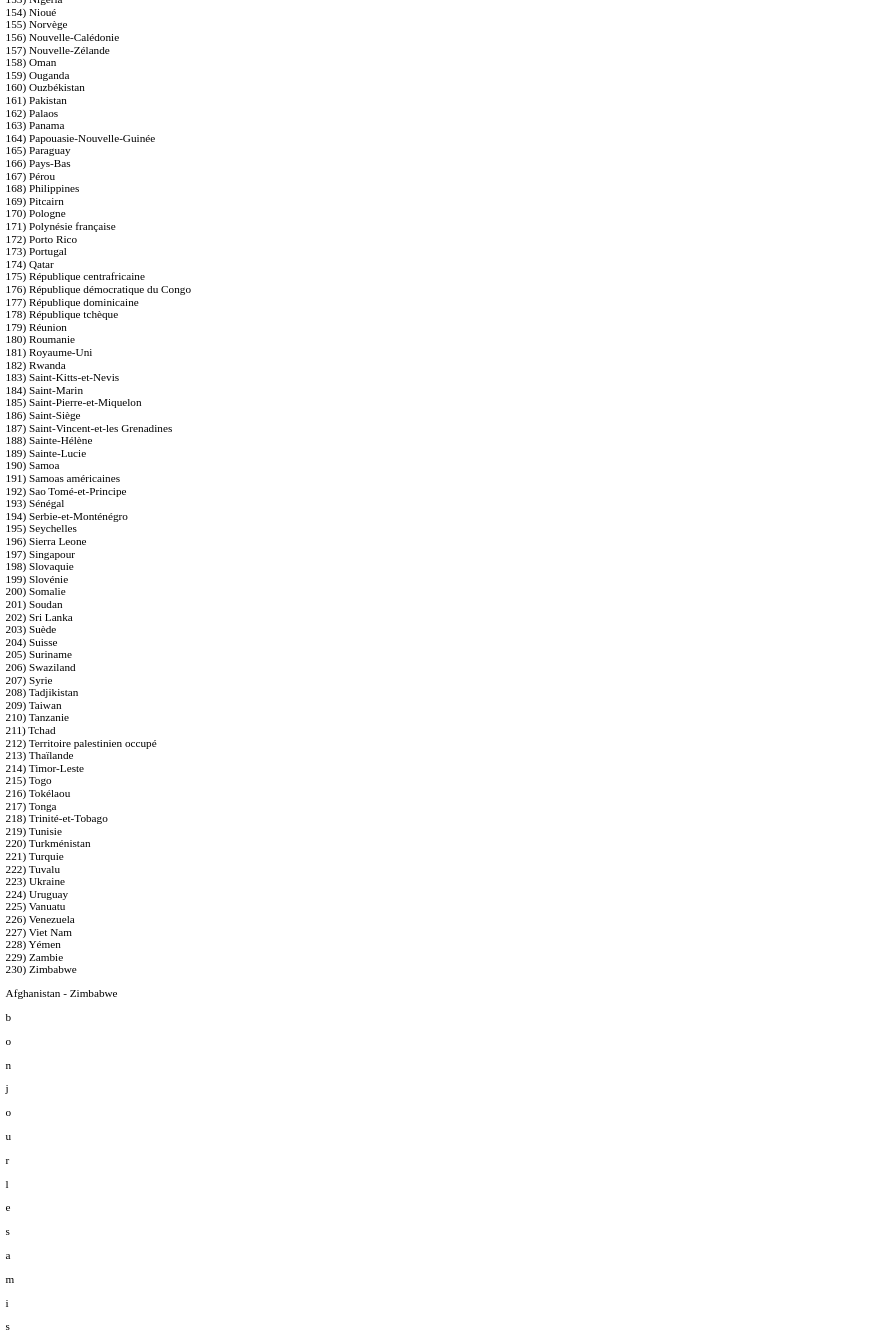
Repository: QuentinFayt/base-php-2021
Page: http://localhost/07-for-sur-tableau.php
The author's editor kept a copy of each file at every save. The page is drawn from the files as they stood at one save, then again after the next save.
The browser window is 1280 px wide. The pictures show the part of the page from y = 2812 to 4732 px (the page is 4732 px tall before and 4334 px after), at 70% of full size.
The page is run by PHP 8.4 with error messages shown; the project is at /var/www/html/.

Above is the page before, as saved 2021-07-08 14:49:04.

After the next save:
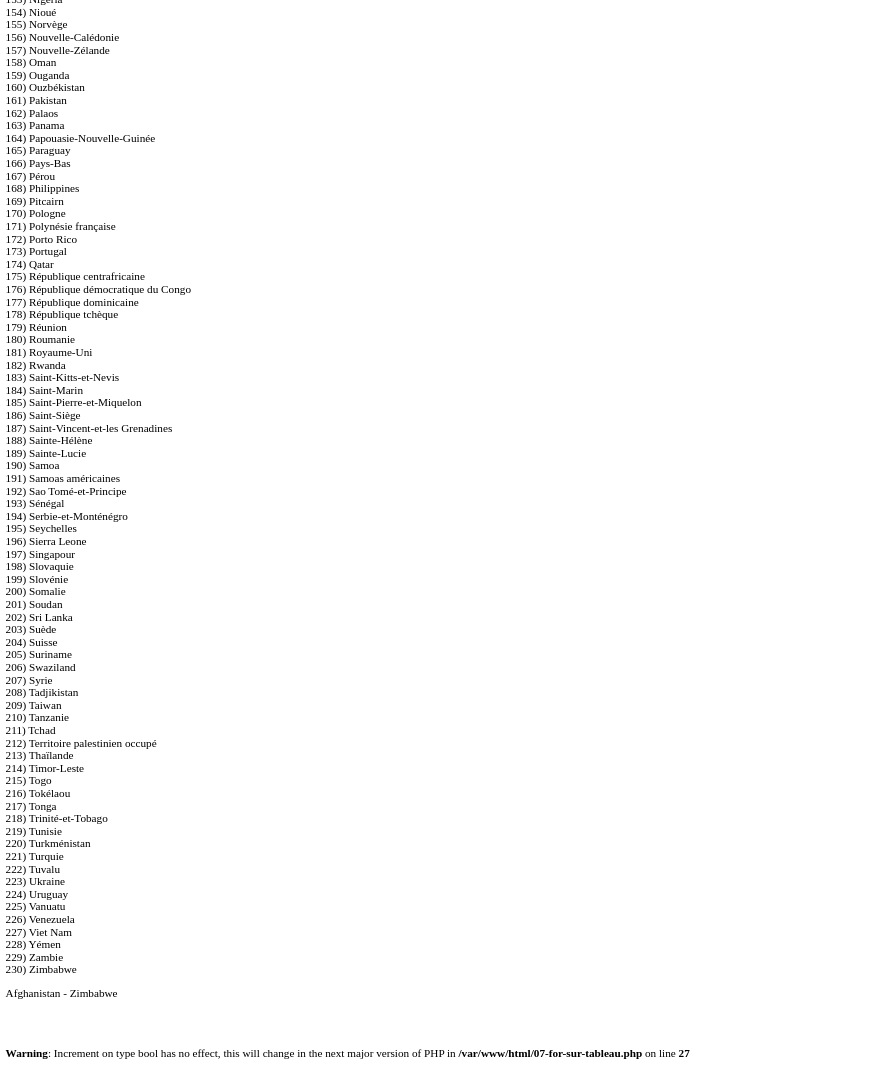
Saved 94 s later.
--- a/07-for-sur-tableau.php
+++ b/07-for-sur-tableau.php
@@ -25,5 +25,10 @@
 $nbString = strlen($string);
 
 for($i=0; $i<$nbString;$i++){
-    echo "<p>$string[$i]</p>";
+        if($i=7 && $i=11){
+            echo "<p><br/></p>";
+        }
+        else{
+            echo "<p>$string[$i]</p>";
+        }
 }

After the save that followed:
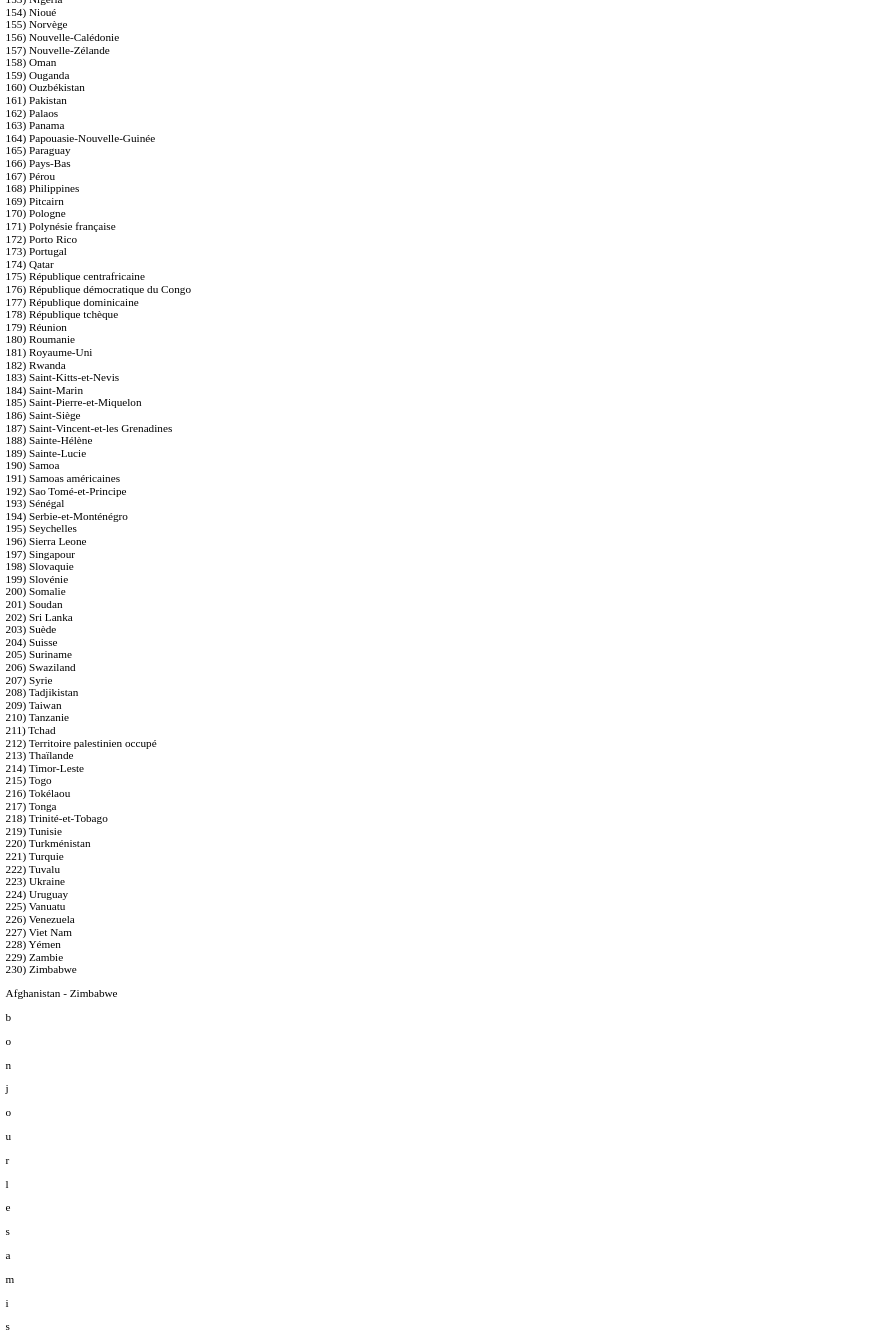
Saved 35 s later.
--- a/07-for-sur-tableau.php
+++ b/07-for-sur-tableau.php
@@ -25,10 +25,10 @@
 $nbString = strlen($string);
 
 for($i=0; $i<$nbString;$i++){
-        if($i=7 && $i=11){
-            echo "<p><br/></p>";
-        }
-        else{
-            echo "<p>$string[$i]</p>";
-        }
+    if($i==7 && $i==11){
+        echo "<p><br/></p>";
+    }
+    else{
+        echo "<p>$string[$i]</p>";
+    }
 }
